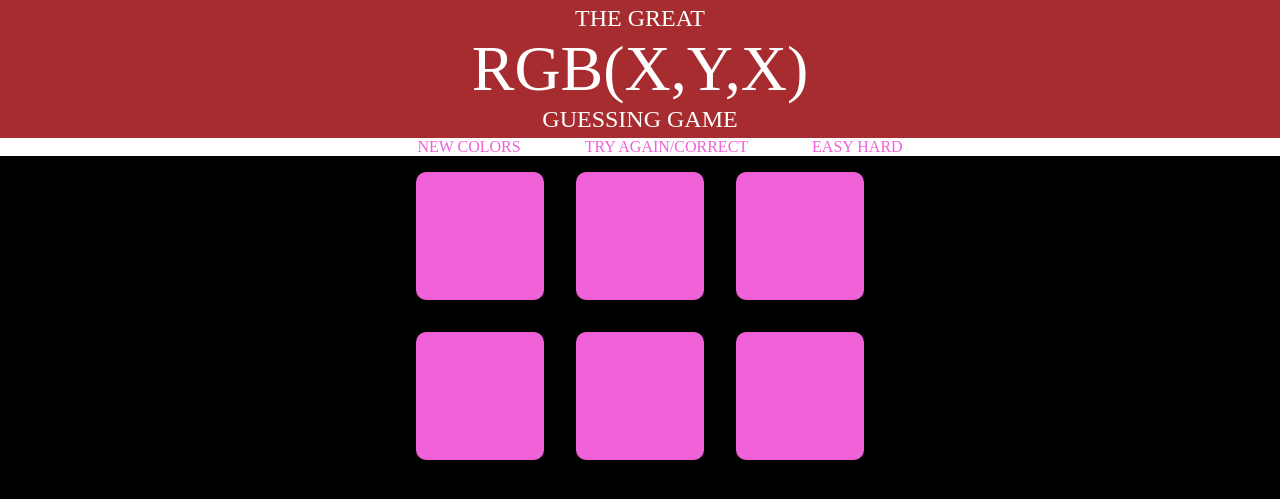
Repository: EEOOOO/javascript-projects
Page: rgbColorGameApp/index.html
These files come from the project's save history. The page is drawn as it stood at one moment and after the next save; the edit follows.
The browser window is 1280 px wide. The pictures show the whole page.
After loading, the first visible `div.playNewGameButton` was clicked once.

Above is the page before, as saved 2022-07-18 19:26:38.

After the next save:
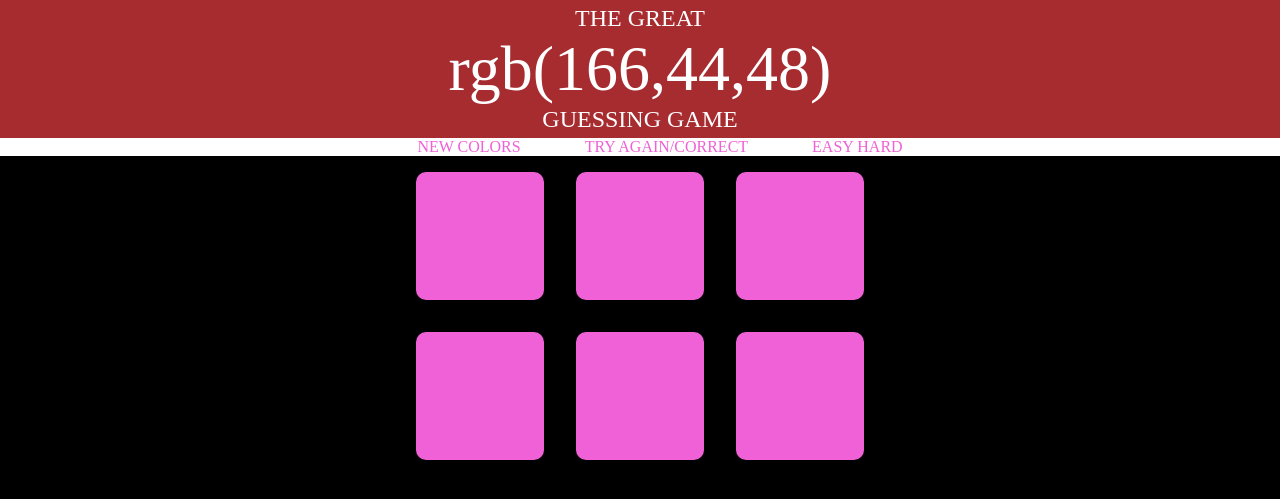
Saved 30 s later.
--- a/rgbColorGameApp/rgbColorGame.js
+++ b/rgbColorGameApp/rgbColorGame.js
@@ -23,6 +23,7 @@
     // 그 중 첫 번째가 정답 색 , rgbQuestion 글자 넣어주기
     let answer = randomColors[0];
     header.style.backgroundColor = answer;
+    rgbQuestion.textContent = answer;
     // 그 중 마지막 색으로 헤더 색 변경
     let initHeaderColor = randomColors[-1];
 }

After the save that followed:
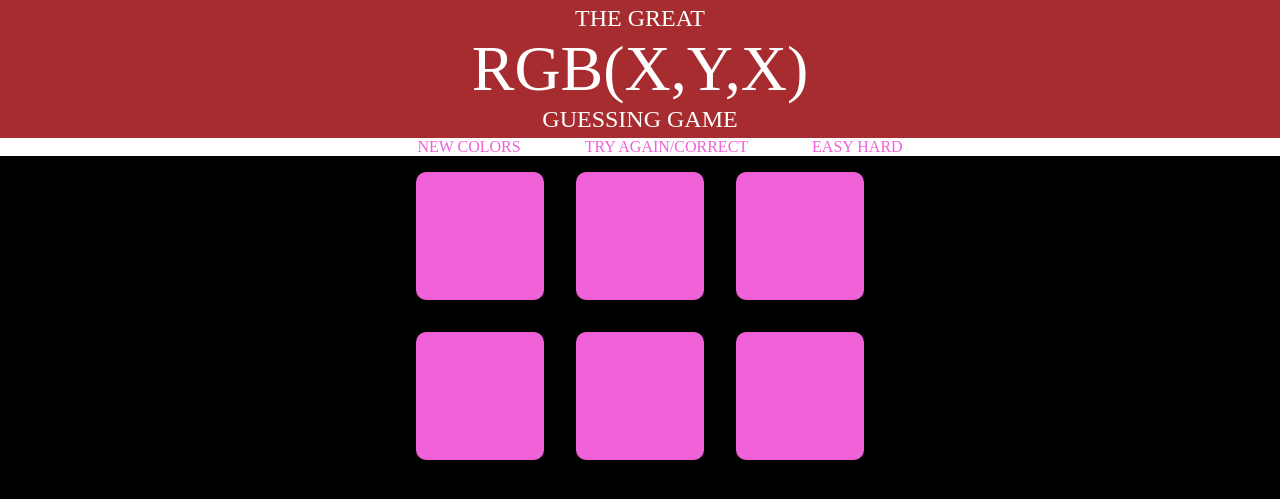
Console error: TypeError: answer.upper is not a function
Saved 15 s later.
--- a/rgbColorGameApp/rgbColorGame.js
+++ b/rgbColorGameApp/rgbColorGame.js
@@ -23,7 +23,7 @@
     // 그 중 첫 번째가 정답 색 , rgbQuestion 글자 넣어주기
     let answer = randomColors[0];
     header.style.backgroundColor = answer;
-    rgbQuestion.textContent = answer;
+    rgbQuestion.textContent = answer.upper();
     // 그 중 마지막 색으로 헤더 색 변경
     let initHeaderColor = randomColors[-1];
 }
